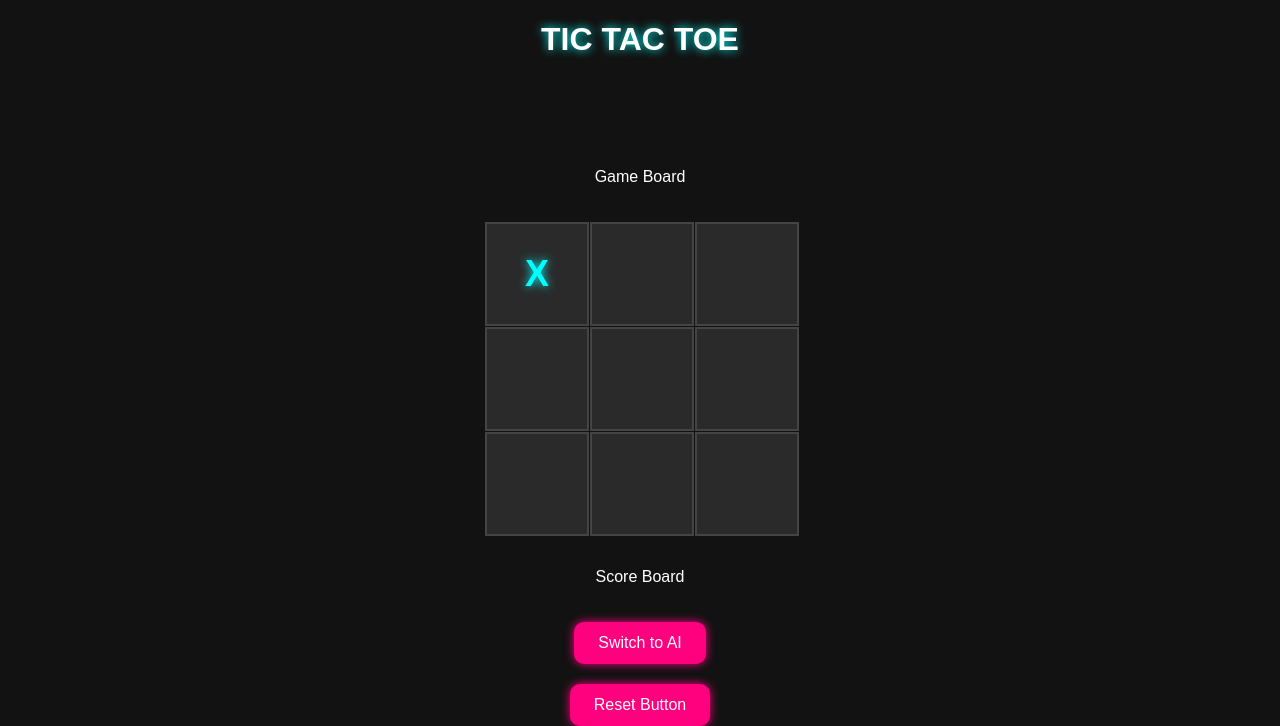
Repository: Yash19075/TicTacToe-game
Page: TicTacToe.html
These files come from the project's save history. The page is drawn as it stood at one moment and after the next save; the edit follows.
The browser window is 1280 px wide. The pictures show the whole page.
After loading, the first visible `div.cell` was clicked once.

Above is the page before, as saved 2025-03-09 10:44:16.

### TicTacToe.html
<!DOCTYPE html>
<html lang="en">
<head>
    <meta charset="UTF-8">
    <meta name="viewport" content="width=device-width, initial-scale=1.0">
    <title>TicTacToe</title>
    <link rel="stylesheet" href="TicTacToe.css">
</head>
<body>
    <h1>TIC TAC TOE</h1>

    <p class="player-turn"></p>

    <p>Game Board</p>
    <div class="css-board">
        <div class="cell" onclick="handleClick(0)"></div>
        <div class="cell" onclick="handleClick(1)"></div>
        <div class="cell" onclick="handleClick(2)"></div>
        <div class="cell" onclick="handleClick(3)"></div>
        <div class="cell" onclick="handleClick(4)"></div>
        <div class="cell" onclick="handleClick(5)"></div>
        <div class="cell" onclick="handleClick(6)"></div>
        <div class="cell" onclick="handleClick(7)"></div>
        <div class="cell" onclick="handleClick(8)"></div>
    </div>
    <p class="score-board">Score Board</p>
    <button class="css-switchButton">Switch to AI</button>
    <button class="css-resetButton" onclick="button_reset()">Reset Button</button>

    <script src="TicTacToe.js"></script>
</body>
</html>

### TicTacToe.css
body {
    display: grid;
    place-items: center;
    height: 100vh;
    margin: 0;
    gap: 20px;
    background-color: #121212;
    color: white;
    font-family: Arial, sans-serif;
}

h1 {
    font-size: 32px;
    text-shadow: 0 0 10px #00ffff;
}


.css-board {
    display: grid;
    grid-template-columns: repeat(3, 100px);
    grid-template-rows: repeat(3, 100px);
    gap: 5px;
}

/* Game Board Cells */
.css-board div {
    display: flex;
    justify-content: center;
    align-items: center;
    border: 2px solid #444;
    background-color: #2a2a2a;
    color: #00ffff; /* Neon cyan */
    font-size: 36px;
    font-weight: bold;
    width: 100px;
    height: 100px;
    text-shadow: 0 0 10px #00ffff;
    transition: background-color 0.3s ease-in-out, box-shadow 0.3s;
}

/* Hover effect on empty cells */
.css-board div:hover {
    background-color: #333;
    box-shadow: 0 0 10px #00ffff;
    cursor: pointer;
}

/* Buttons */
.css-switchButton, .css-resetButton {
    padding: 12px 24px;
    border-radius: 10px;
    cursor: pointer;
    font-size: 16px;
    border: none;
    background-color: #ff007f; /* Neon pink */
    color: white;
    box-shadow: 0 0 10px #ff007f;
    transition: transform 0.2s ease-in-out, background-color 0.3s, box-shadow 0.3s;
}

.css-switchButton:hover, .css-resetButton:hover {
    background-color: #ff00ff; /* Brighter glow */
    box-shadow: 0 0 15px #ff00ff;
    transform: scale(1.1);
}

### TicTacToe.js
let board = ["","","","","","","","",""];
move = 'X';
const cells = document.querySelectorAll(".css-board div");
console.log(cells)

let winningPattern = [
    [0,1,2],
    [3,4,5],
    [6,7,8],
    [0,3,6],
    [1,4,7],
    [2,5,8],
    [0,4,8],
    [2,4,6]
]

// for (let i = 0; i < cells.length; i++) {
//     cells[i].onclick = function () {
//         handleClick(i);
//     };
// }

function winner() {
    for (let pattern of winningPattern)
    {
        let pos0 = cells[pattern[0]].innerText;
        let pos1 = cells[pattern[1]].innerText;
        let pos2 = cells[pattern[2]].innerText;
        // console.log(pos0,pos1,pos2);
        if(pos0 != "" && pos1!= "" && pos2 != "")
        {
            if(pos0 === pos1 && pos1 === pos2)
            {
                // console.log("Winner");
                document.querySelector(".score-board").innerText = `${pos0}'s Win`;
                for (let cell of cells) {
                    cell.onclick = null; // Prevent clicks
                    cell.classList.add("disabled"); // Add visual effect
                }
            break;
            }
        }
    }
}

// if(move === 'X')
//     {
//         document.querySelector(".player-turn").innerHTML = `Player X's turn`;
//     }
//     else
//     {
//         document.querySelector(".player-turn").innerHTML = `Player 0's turn`
//     }

function handleClick(index) {
    if (cells[index].innerHTML === '') {
        cells[index].innerHTML = move;
        move = move === 'X' ? 'O' : 'X';
        cells[index].onclick = null;
    }
    winner();
}

function button_reset() {
    for(let i = 0; i <cells.length; i++)
    {
        cells[i].innerHTML = '';
        board[i] = '';
        document.querySelector(".score-board").innerText = 'ScoreBoard';
        cells[i].onclick = function() { handleClick(i); };
    }
    move = 'X'
}

After the next save:
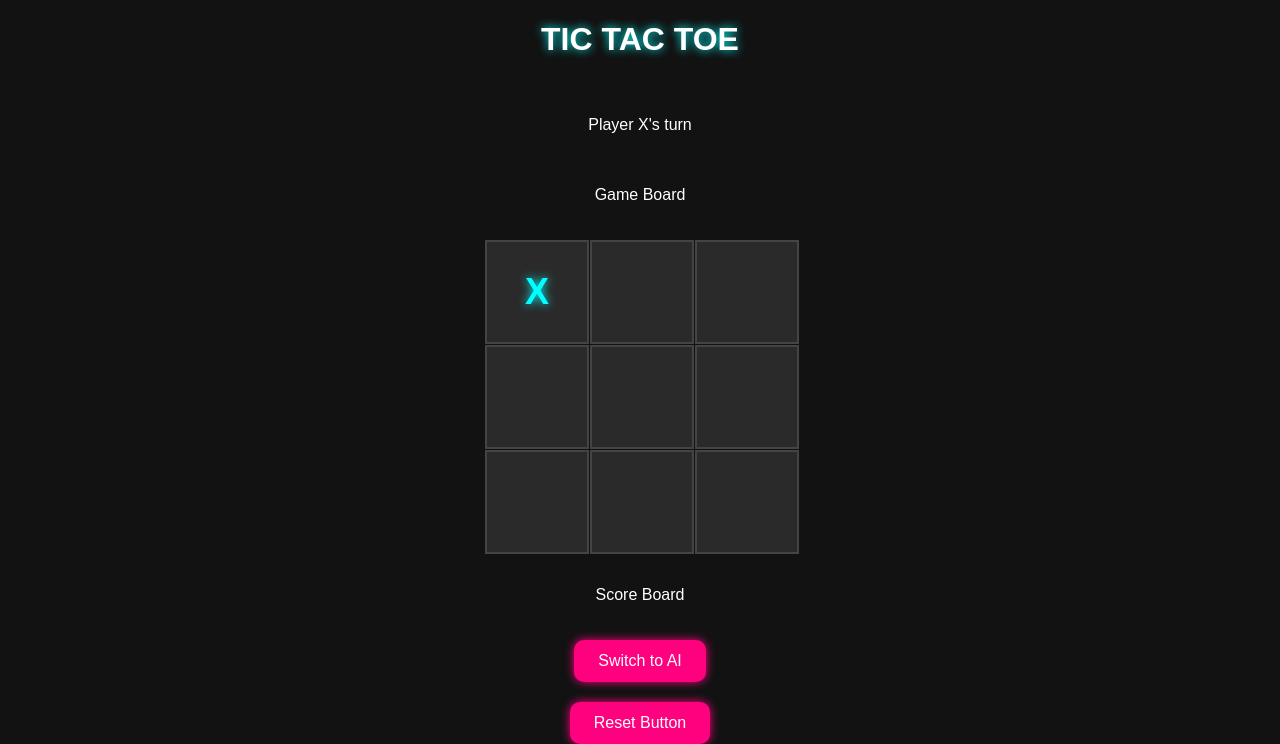
Saved 2 min 10 s later.
--- a/TicTacToe.js
+++ b/TicTacToe.js
@@ -34,8 +34,8 @@ function winner() {
                 // console.log("Winner");
                 document.querySelector(".score-board").innerText = `${pos0}'s Win`;
                 for (let cell of cells) {
-                    cell.onclick = null; // Prevent clicks
-                    cell.classList.add("disabled"); // Add visual effect
+                    cell.onclick = null;
+                    cell.classList.add("disabled");
                 }
             break;
             }
@@ -43,16 +43,17 @@ function winner() {
     }
 }
 
-// if(move === 'X')
-//     {
-//         document.querySelector(".player-turn").innerHTML = `Player X's turn`;
-//     }
-//     else
-//     {
-//         document.querySelector(".player-turn").innerHTML = `Player 0's turn`
-//     }
+
 
 function handleClick(index) {
+    if(move === 'X')
+    {
+        document.querySelector(".player-turn").innerHTML = `Player X's turn`;
+    }
+    else
+    {
+        document.querySelector(".player-turn").innerHTML = `Player 0's turn`
+    }
     if (cells[index].innerHTML === '') {
         cells[index].innerHTML = move;
         move = move === 'X' ? 'O' : 'X';
